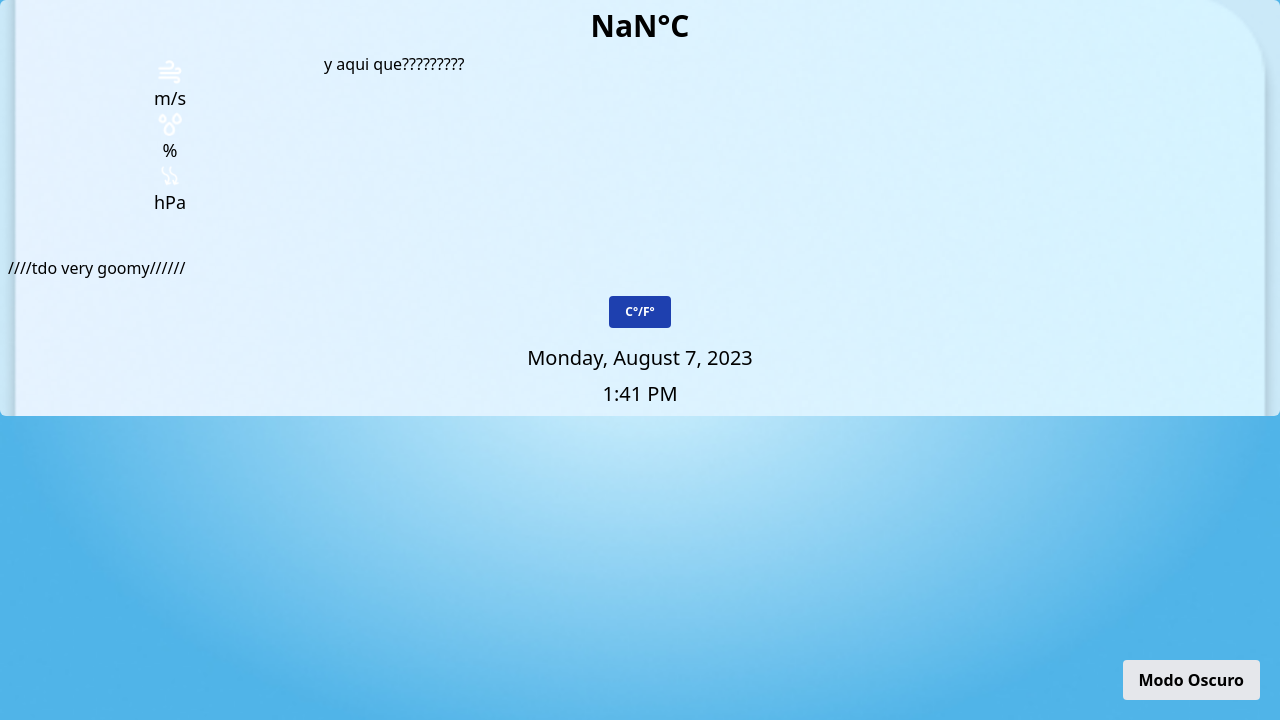
Repository: LukasMoyano/WeatherApp-_-LukasMoyano-_-V-_4.0_6.6.6
Page: /
The author's editor kept a copy of each file at every save. The page is drawn from the files as they stood at one save, then again after a run of saves.
The browser window is 1280 px wide. The pictures show the whole page.
The page's requests for data from a server got no answer. The project was rebuilt for these pictures with package versions that can differ from the ones it lists, and the page was loaded fresh each time. No one was signed in, and anything a server would have sent is missing. Also part of the build but not shown: vite.config.js.

Above is the page before, as saved 2023-08-07 16:39:30.

### index.html
<!DOCTYPE html>
<html lang="en">
  <head>
    <meta charset="UTF-8" />
    <link rel="icon" type="image/png" href="thor-hammer.png">
    <meta name="viewport" content="width=device-width, initial-scale=1.0" />
    <title>WeatherApp - LukasMoyano-</title>
  </head>
  <body>
    <div id="root"></div>
    <script type="module" src="/src/main.jsx"></script>
  </body>
</html>

### src/main.jsx
import React from 'react'
import ReactDOM from 'react-dom/client'
import App from "/src/App.jsx";

ReactDOM.createRoot(document.getElementById('root')).render(
  <React.StrictMode>
    <App />
  </React.StrictMode>,
)

### src/App.jsx
import React, { useEffect, useState } from "react";
import axios from "axios";
import Weather from "./components/Weather"; // Importa el componente Weather
import "./App.css";

function App() {
  // Estado para almacenar la información del clima
  const [weatherInfo, setWeatherInfo] = useState(null);

  // Estado para el modo oscuro
  const [isDarkMode, setIsDarkMode] = useState(false);

  // Determina la imagen de fondo según el modo
  const backgroundImage = isDarkMode ? "image002_DarkVersion.jpg" : "image001_LightVersion.jpg";

  // Efecto que obtiene la ubicación del usuario al cargar la página
  // Llama a la función success con la posición
  useEffect(() => {
    navigator.geolocation.getCurrentPosition(success);
  }, []);

  // Función que se ejecuta al obtener la posición exitosamente
  const success = (pos) => {

    const lat = pos.coords.latitude;
    const lon = pos.coords.longitude;

    const API_KEY = "f61630c5193995d939b6b8024057b009";

    const url = `https://api.openweathermap.org/data/2.5/weather?lat=${lat}&lon=${lon}&appid=${API_KEY}`;

    // const url = 'https://api.openweathermap.org/data/2.5/weather?id=524901&lang=es&appid={API key}'

    // Realiza una solicitud GET a la API de OpenWeatherMap para obtener información sobre el clima
    axios
      .get(url)
      .then(({ data }) => setWeatherInfo(data))
      .catch((err) => console.log(err));
  };

  // Función para alternar el modo oscuro
  const toggleDarkMode = () => {
    setIsDarkMode(!isDarkMode);
  };

  return (
    // Contenedor principal que ajusta la altura mínima de la pantalla y cambia el tema según el modo oscuro
    <div className={`min-h-screen ${isDarkMode ? "dark" : ""}`}>
      {/* Área principal que contiene el contenido y se ajusta según el modo oscuro */}
      <main
        className={`min-h-screen font-lato relative ${
          isDarkMode ? "bg-black bg-opacity-50 text-white" : "bg-white bg-opacity-70 text-black"
        }`}
        style={{
          // Fondo de la página que cambia según el modo oscuro
          backgroundImage: `url(public/background/${backgroundImage})`,
          backgroundSize: "cover",
          backgroundPosition: "center",
        }}
      >
        {/* Renderiza el componente Weather con los datos del clima y el estado de modo oscuro */}
        <Weather weatherInfo={weatherInfo} isDarkMode={isDarkMode} />

        {/* Botón para alternar entre modo oscuro y modo claro */}
        <button
          onClick={toggleDarkMode}
          className={`absolute bottom-5 right-5 px-4 py-2 font-bold rounded ${
            isDarkMode ? "bg-gray-800 text-white" : "bg-gray-200 text-black"
          }`}
        >
          {/* Texto dinámico del botón según el modo actual */}
          {isDarkMode ? "Modo Claro" : "Modo Oscuro"}
        </button>
      </main>
    </div>
  );

}

export default App; // Exporta el componente App

### src/components/Weather.jsx
import React, { useState } from "react";

const Weather = ({ weatherInfo, isDarkMode }) => {
  const [isCelsius, setIsCelsius] = useState(true);

  const toggleTemperatureUnit = () => {
    setIsCelsius(!isCelsius);
  };

  const convertTemperature = (temperature) => {
    if (isCelsius) {
      return Math.round(temperature - 273.15) + "°C";
    } else {
      return Math.round(((temperature - 273.15) * 9) / 5 + 32) + "°F";
    }
  };

  const getCurrentDateTime = () => {
    const currentDate = new Date();
    const options = {
      weekday: "long",
      day: "numeric",
      month: "long",
      year: "numeric",
    };
    const date = currentDate.toLocaleDateString(undefined, options);
    const time = currentDate.toLocaleTimeString(undefined, {
      hour: "numeric",
      minute: "numeric",
    });
    return { date, time };
  };

  const { date, time } = getCurrentDateTime();

  return (
    <main
      // Estilo de fondo y opacidad
      className={`${
        isDarkMode
          ? "bg-black bg-opacity-50 text-white"
          : "bg-white bg-opacity-70 text-black"
      } p-2 rounded-md bg-cover bg-center`}
      style={{
        // Imagen de fondo
        backgroundImage: `url(${
          isDarkMode
            ? "public/background/card_image002_Dark version.png"
            : "public/background/card_image001_LightVersion.png"
        })`,
      }}
    >
      {/* Sección de Información del Clima */}
      {/* Columna Izquierda */}
      <div className="flex flex-col items-center justify-center">
        {/* Temperatura Actual */}
        <div
          className={`text-3xl font-bold font-lato ${
            isDarkMode ? "text-white" : "text-black"
          }`}
        >
          {convertTemperature(weatherInfo?.main.temp)}
        </div>
      </div>
      <section className="relative w-1/2 p-2 text-center flex mb-2 gap-0">
        <div className="w-1/2 p-2 text-center">
          {/* Detalles del Clima */}
          <div className="">
            {/* Velocidad del Viento */}
            <h4 className="flex items-center flex-col">
              <img
                src="./images/wind.png"
                alt="Wind Icon"
                className="w-6 h-6"
              />
              <span className="text-lg">{weatherInfo?.wind.speed}m/s</span>
            </h4>
            {/* Humedad */}
            <h4 className="flex items-center flex-col">
              <img
                src="./images/humidity.png"
                alt="Humidity Icon"
                className="w-6 h-6"
              />
              <span className="text-lg">{weatherInfo?.main.humidity}%</span>
            </h4>
            {/* Presión Atmosférica */}
            <h4 className="flex items-center flex-col">
              <img
                src="./images/pressure.png"
                alt="Pressure Icon"
                className="w-6 h-6"
              />
              <span className="text-lg">{weatherInfo?.main.pressure}hPa</span>
            </h4>

            {/* Nombre de la Ciudad */}
            <h2 className="text-2xl font-bold mb-4">{weatherInfo?.name}</h2>
            {/* País */}
            <p className="text-xl mb-2">{weatherInfo?.sys?.country}</p>
          </div>

          <section>
            {/* Columna Derecha */}

            {/* Icono del Clima */}
            <div className="absolute">
              {weatherInfo?.weather[0].icon ? (
                <img
                  src={`https://openweathermap.org/img/wn/${weatherInfo?.weather[0].icon}@4x.png`}
                  alt="Weather Icon"
                  className="mx-auto h-24"
                />
              ) : null}
              <h3 className="text-base mt-4 mb-2">
                {weatherInfo?.weather[0].description}{" "}
                {/* Mostrar la descripción del clima */}
              </h3>
            </div>
          </section>
        </div>
        y aqui que?????????
      </section>
      ////tdo very goomy//////
      {/* Botón para Alternar entre Celsius y Fahrenheit */}
      <section className="flex items-center justify-center mt-4">
        <button
          onClick={toggleTemperatureUnit}
          className={`bg-blue-800 hover:bg-blue-700 text-white font-bold py-2 px-4 rounded mx-auto block text-xs ${
            isDarkMode ? "bg-opacity-70" : "bg-opacity-100"
          }`}
        >
          C°/F°
        </button>
      </section>
      {/* Mostrar la Fecha y Hora */}
      <section className="text-center mt-4">
        <p
          className={`text-xl mb-2 ${isDarkMode ? "text-white" : "text-black"}`}
        >
          {date}
        </p>
        <p className={`text-xl ${isDarkMode ? "text-white" : "text-black"}`}>
          {time}
        </p>
      </section>
    </main>
  );
};

export default Weather;

### src/App.css
@import 'tailwindcss/base';
@import 'tailwindcss/components';
@import 'tailwindcss/utilities';

### tailwind.config.js
/** @type {import('tailwindcss').Config} */
export default {
  content: [
    "./index.html",
    "./src/**/*.{js,ts,jsx,tsx}",
  ],
  theme: {
    extend: {},
    fontFamily: {
      Lato: ["Lato", "Sans-Serif"]
    }
  },
  plugins: [],

}

After the next 2 saves:
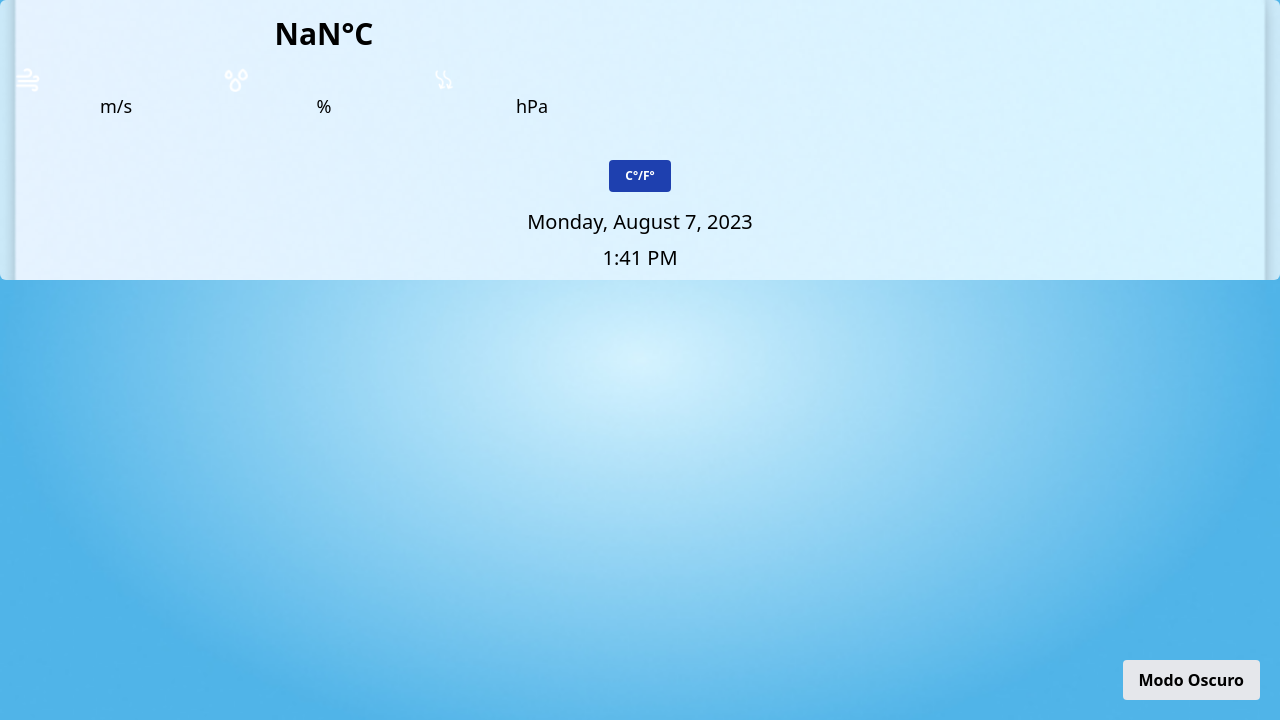
The 2 saves are shown as one change because 1 did not build or start.
The last was saved 4 min 30 s later.
--- a/src/components/Weather.jsx
+++ b/src/components/Weather.jsx
@@ -35,14 +35,12 @@ const Weather = ({ weatherInfo, isDarkMode }) => {
 
   return (
     <main
-      // Estilo de fondo y opacidad
       className={`${
         isDarkMode
           ? "bg-black bg-opacity-50 text-white"
           : "bg-white bg-opacity-70 text-black"
       } p-2 rounded-md bg-cover bg-center`}
       style={{
-        // Imagen de fondo
         backgroundImage: `url(${
           isDarkMode
             ? "public/background/card_image002_Dark version.png"
@@ -50,78 +48,48 @@ const Weather = ({ weatherInfo, isDarkMode }) => {
         })`,
       }}
     >
-      {/* Sección de Información del Clima */}
-      {/* Columna Izquierda */}
-      <div className="flex flex-col items-center justify-center">
-        {/* Temperatura Actual */}
-        <div
-          className={`text-3xl font-bold font-lato ${
+      <section className="flex">
+        {/* Columna Izquierda */}
+        <div className="w-1/2 p-2 text-center">
+          {/* Temperatura Actual */}
+          <div className={`text-3xl font-bold font-lato ${
             isDarkMode ? "text-white" : "text-black"
-          }`}
-        >
-          {convertTemperature(weatherInfo?.main.temp)}
+          }`}>
+            {convertTemperature(weatherInfo?.main.temp)}
+          </div>
+          {/* Detalles del Clima */}
+          <div className="grid grid-cols-3 gap-2 mt-4">
+            <div className="text-lg">
+              <img src="./images/wind.png" alt="Wind Icon" className="w-6 h-6" />
+              {weatherInfo?.wind.speed} m/s
+            </div>
+            <div className="text-lg">
+              <img src="./images/humidity.png" alt="Humidity Icon" className="w-6 h-6" />
+              {weatherInfo?.main.humidity}%
+            </div>
+            <div className="text-lg">
+              <img src="./images/pressure.png" alt="Pressure Icon" className="w-6 h-6" />
+              {weatherInfo?.main.pressure} hPa
+            </div>
+          </div>
+          {/* Nombre de la Ciudad */}
+          <h2 className="text-2xl font-bold mb-4">{weatherInfo?.name}</h2>
+          {/* País */}
+          <p className="text-xl mb-2">{weatherInfo?.sys?.country}</p>
         </div>
-      </div>
-      <section className="relative w-1/2 p-2 text-center flex mb-2 gap-0">
+
+        {/* Columna Derecha */}
         <div className="w-1/2 p-2 text-center">
-          {/* Detalles del Clima */}
-          <div className="">
-            {/* Velocidad del Viento */}
-            <h4 className="flex items-center flex-col">
-              <img
-                src="./images/wind.png"
-                alt="Wind Icon"
-                className="w-6 h-6"
-              />
-              <span className="text-lg">{weatherInfo?.wind.speed}m/s</span>
-            </h4>
-            {/* Humedad */}
-            <h4 className="flex items-center flex-col">
-              <img
-                src="./images/humidity.png"
-                alt="Humidity Icon"
-                className="w-6 h-6"
-              />
-              <span className="text-lg">{weatherInfo?.main.humidity}%</span>
-            </h4>
-            {/* Presión Atmosférica */}
-            <h4 className="flex items-center flex-col">
-              <img
-                src="./images/pressure.png"
-                alt="Pressure Icon"
-                className="w-6 h-6"
-              />
-              <span className="text-lg">{weatherInfo?.main.pressure}hPa</span>
-            </h4>
+          {/* Icono del Clima */}
+          {weatherInfo?.weather[0].icon && (
+            <img src={`https://openweathermap.org/img/wn/${weatherInfo?.weather[0].icon}@4x.png`} alt="Weather Icon" className="mx-auto h-24" />
+          )}
+          <h3 className="text-base mt-4 mb-2">
+            {weatherInfo?.weather[0].description}
+          </h3>
+        </div>
+      </section>
 
-            {/* Nombre de la Ciudad */}
-            <h2 className="text-2xl font-bold mb-4">{weatherInfo?.name}</h2>
-            {/* País */}
-            <p className="text-xl mb-2">{weatherInfo?.sys?.country}</p>
-          </div>
-
-          <section>
-            {/* Columna Derecha */}
-
-            {/* Icono del Clima */}
-            <div className="absolute">
-              {weatherInfo?.weather[0].icon ? (
-                <img
-                  src={`https://openweathermap.org/img/wn/${weatherInfo?.weather[0].icon}@4x.png`}
-                  alt="Weather Icon"
-                  className="mx-auto h-24"
-                />
-              ) : null}
-              <h3 className="text-base mt-4 mb-2">
-                {weatherInfo?.weather[0].description}{" "}
-                {/* Mostrar la descripción del clima */}
-              </h3>
-            </div>
-          </section>
-        </div>
-        y aqui que?????????
-      </section>
-      ////tdo very goomy//////
       {/* Botón para Alternar entre Celsius y Fahrenheit */}
       <section className="flex items-center justify-center mt-4">
         <button
@@ -133,11 +101,10 @@ const Weather = ({ weatherInfo, isDarkMode }) => {
           C°/F°
         </button>
       </section>
+
       {/* Mostrar la Fecha y Hora */}
       <section className="text-center mt-4">
-        <p
-          className={`text-xl mb-2 ${isDarkMode ? "text-white" : "text-black"}`}
-        >
+        <p className={`text-xl mb-2 ${isDarkMode ? "text-white" : "text-black"}`}>
           {date}
         </p>
         <p className={`text-xl ${isDarkMode ? "text-white" : "text-black"}`}>
